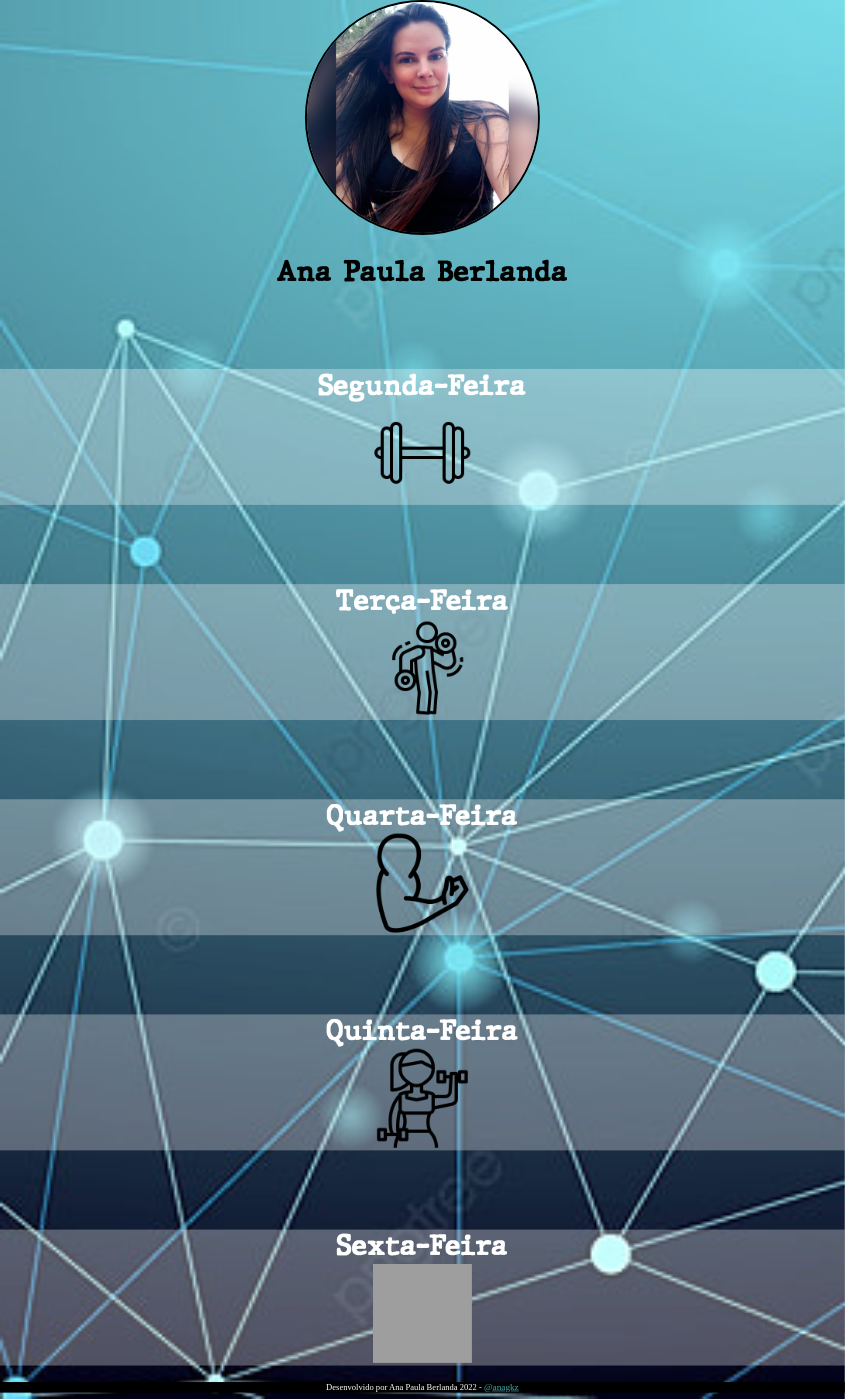
Repository: AnaBerlanda/AppAcademia
Page: index2.html
An editor plug-in stored every save of this project. The page is shown before and after the next save, followed by the edit.
The browser window is 1280 px wide. The pictures show the whole page, at 66% of full size.
Pictures or frames that could not be fetched are drawn as grey boxes.

Above is the page before, as saved 2022-02-08 15:12:18.

### index2.html
<!DOCTYPE html>
<html lang="pt-br">

<head>
    <meta charset="utf-8" />
    <title>App Academia</title>
    <style>
        body{
            text-align: center;
            height: 100%;
            margin: 0;
            background-image: url("img/fundo2.jpg");
            background-repeat: no-repeat;
            background-size: cover;

        }
        #redonda{
            width: 350px;
            height: 350px;
            border-radius: 50%;
            border: 3px solid black;
        }
        @font-face{
            font-family: 'JMH';
            src: url('font/JMH.ttf') format('opentype');
        }
        .link-semana .diadasemana{
            font-family: 'JMH';
            font-size: 40px;
            border-radius: 20%;

        }

        .link-semana {
            margin-top: 120px;
            display: block;
            text-decoration: none;
            color: rgb(255, 255, 255);
            background-color: rgba(255,255,255,0.3);

        }
        .link-semana img {
            width: 150px;
            height: 150px;

        }

        .link-da-ana {
            background-color: rgba(143, 61, 190, .6);
            border-radius: 50%;
            width: 140px;
            height: 140px;
            padding: 30px;
        }
        .link-da-ana:hover {
            background-color: rgba(143, 61, 190, 1);
        }
        h1 {
            font-size: 40px;
            font-family: 'JMH';
            color: black;
        }
        .rodape {
            background-color: black;
            color:white;
            border: 2px black;
            font-size: 13px;
            margin-top: 25px;
            margin-bottom: 10px;
        }
        .rodape a{
            font-family: 'Aft';
            color: #45a6ad;
            font-size: 14px;
        }
        .imagem:hover {
            background-color: rgb(48, 148, 140);


        }



        }
    </style>
</head>
<body>
    <img id="redonda" src="img/ana.jpg" alt="Foto da Ana">
    <h1> Ana Paula Berlanda </h1>
    <div class="pagina">
        <div class="posts">
            <div class="post">
                <div class="links-semana">
                    <a class="link-semana" href="#">
                        <div class="diadasemana">Segunda-Feira</div>
                        <div class="imagem">
                            <img src="img/Icone-pessoa-malhando-Png.png">
                        </div>
                    </a>
                    <a class="link-semana" href="#">
                        <div class="diadasemana">Terça-Feira</div>
                        <div class="imagem">
                            <img src="img/vv.png">
                        </div>
                    </a>
                    <a class="link-semana" href="#">
                        <div class="diadasemana">Quarta-Feira</div>
                        <div class="imagem">
                            <img src="img/aa.png">
                        </div>
                    </a>
                    <a class="link-semana" href="#">
                        <div class="diadasemana">Quinta-Feira</div>
                        <div class="imagem">
                            <img src="img/fff.png">
                        </div>
                    </a>
                    <a class="link-semana" href="#">
                        <div class="diadasemana">Sexta-Feira</div>
                        <div class="imagem">
                            <img src="img/oooo.png">
                        </div>
                    </a>
                </div>
            </div>
        </div>
    </div>
    <footer class="rodape"> Desenvolvido por Ana Paula Berlanda 2022 - <a href="https://www.instagram.com/anagkz/" target="_blank">@anagkz</a>
    </footer>











</body>
</html>

After the next save:
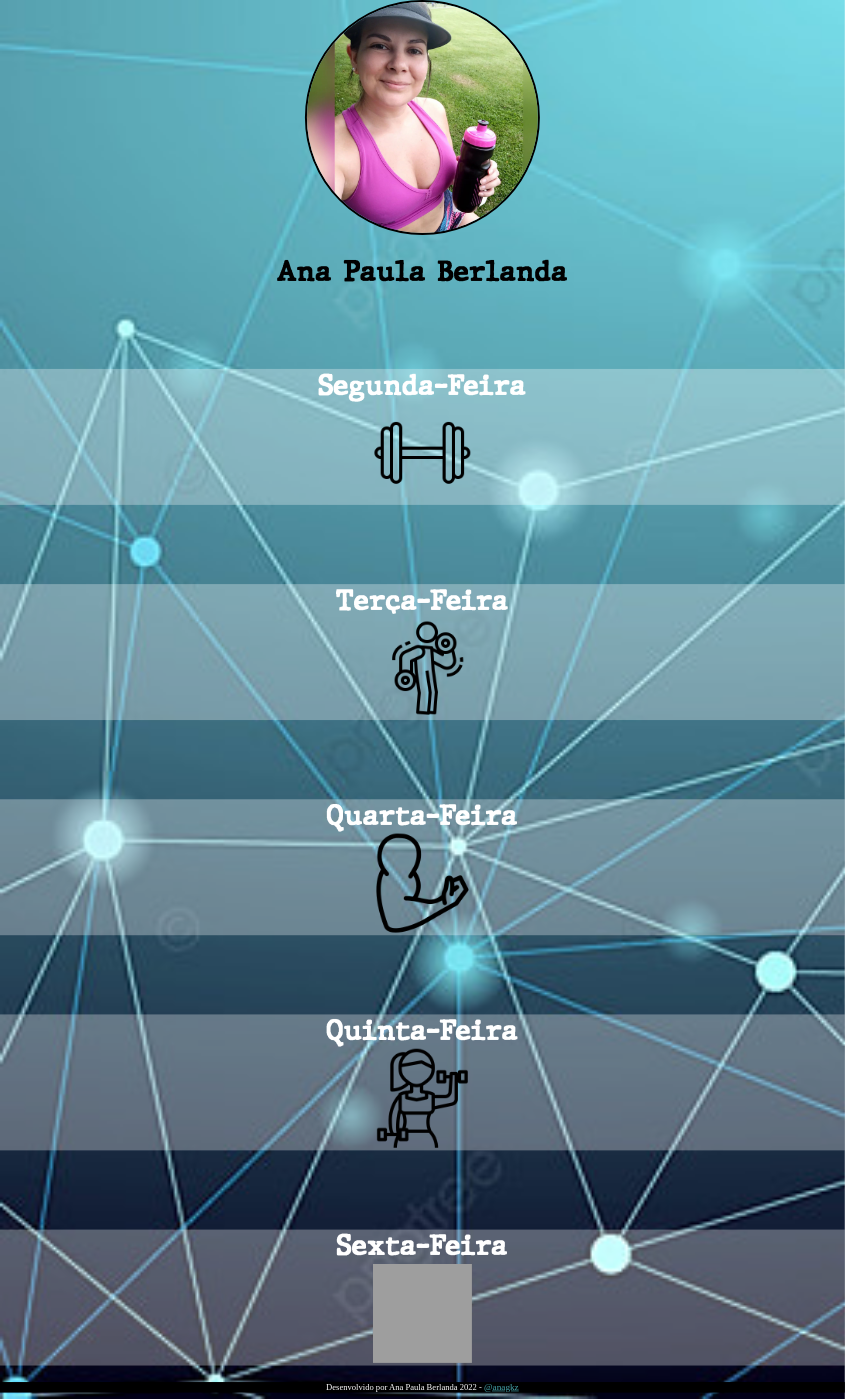
Saved 2 min 17 s later.
--- a/index2.html
+++ b/index2.html
@@ -85,7 +85,7 @@
     </style>
 </head>
 <body>
-    <img id="redonda" src="img/ana.jpg" alt="Foto da Ana">
+    <img id="redonda" src="img/ber.jpg" alt="Foto da Ana">
     <h1> Ana Paula Berlanda </h1>
     <div class="pagina">
         <div class="posts">
